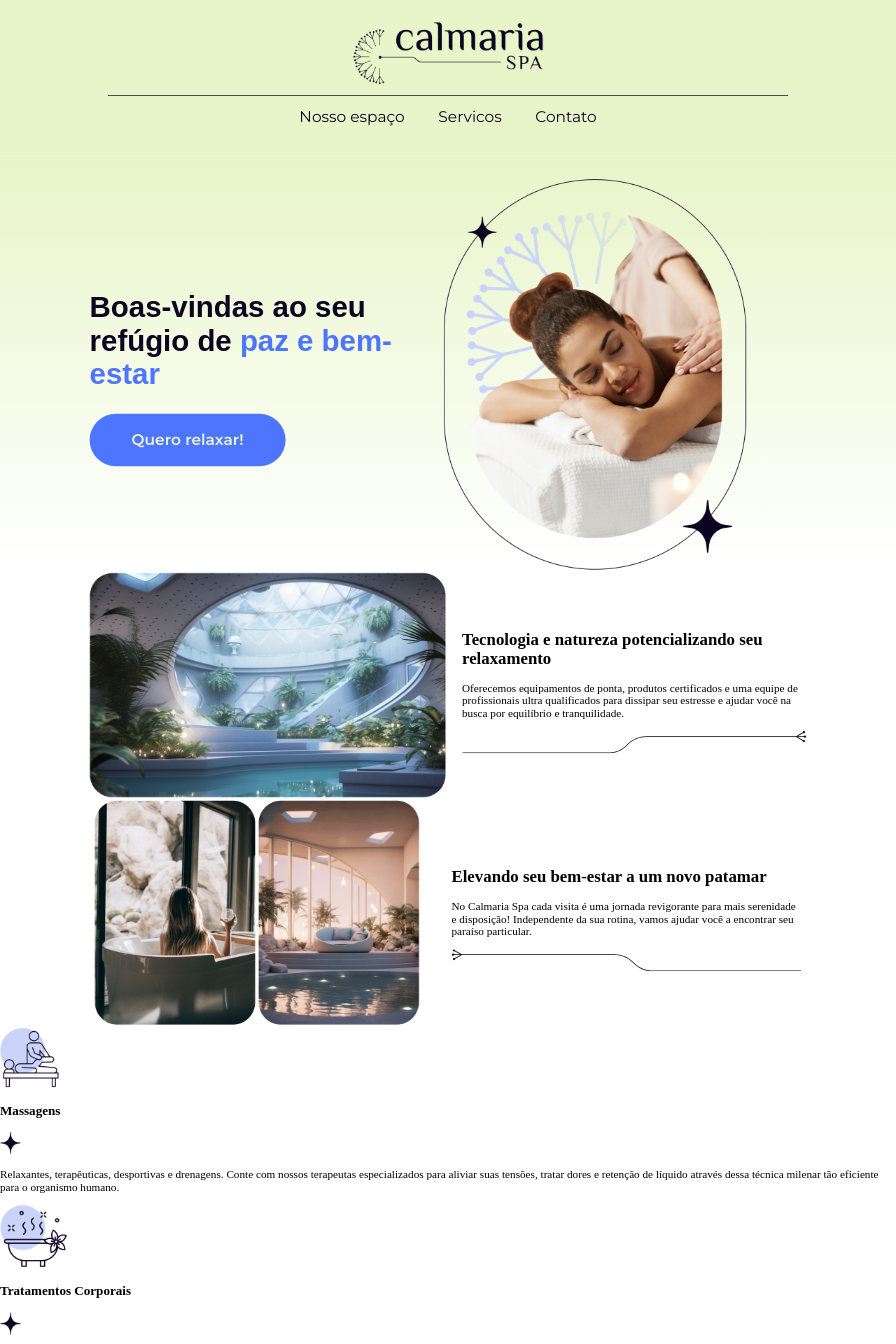
Repository: joaoPraiaJunior/curso-sass
Page: index.html
These files come from the project's save history. The page is drawn as it stood at one moment and after the next save; the edit follows.
The browser window is 1280 px wide. The pictures show the part of the page from y = 0 to 1920 px (the page is 3597 px tall), at 70% of full size.
Some web fonts or font styles are not loaded; a fallback is used. The style sheet was rebuilt from its Sass, Less or Tailwind sources for each picture, by a compiler version that may differ from the author's.

Above is the page before, as saved 2024-07-06 17:02:16.

After the next save:
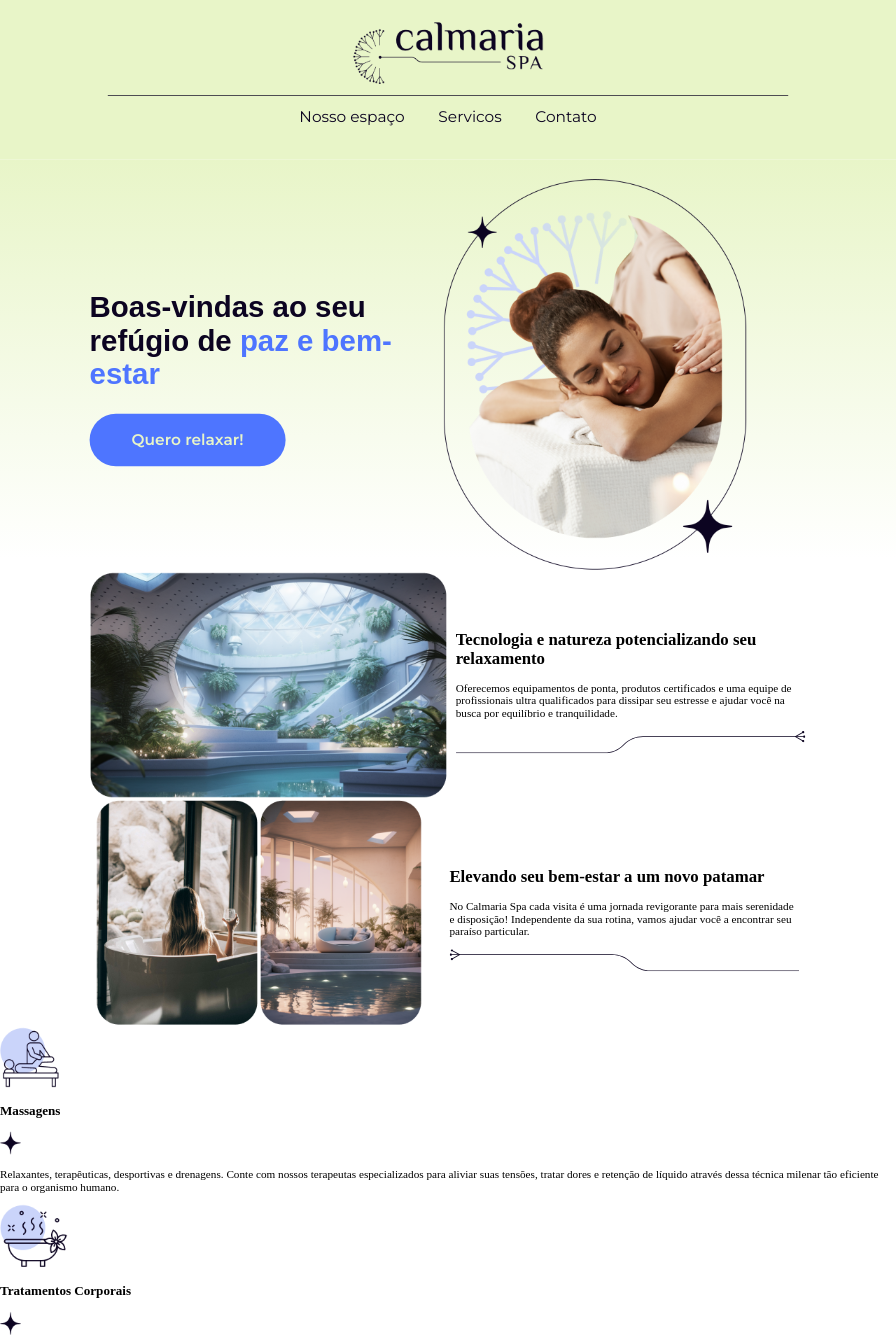
Saved 12 s later.
--- a/styles/components/_nosso-espaco.scss
+++ b/styles/components/_nosso-espaco.scss
@@ -7,7 +7,7 @@
         display: inline-flex;
         align-items: center;
         justify-content: space-around;
-        gap: 3.2rem;
+        gap: 2rem;
         width: 100%;
         .imgs-espaco {
             max-width: 500px;
